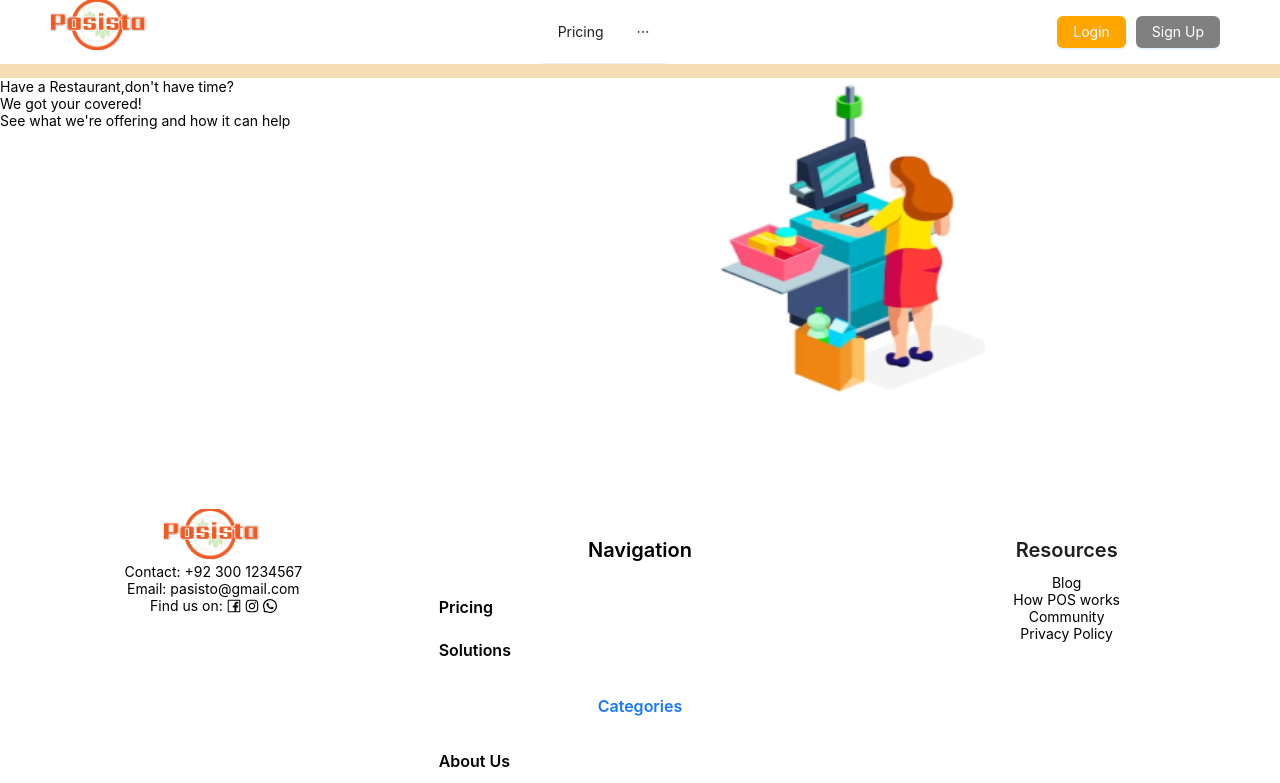
Repository: usmanarshad90/Posista
Page: / (app in test/)
The author's editor kept a copy of each file at every save. The page is drawn from the files as they stood at one save, then again after the next save.
The browser window is 1280 px wide. The pictures show the whole page.
The project was rebuilt for these pictures with package versions that can differ from the ones it lists, and the page was loaded fresh each time. Also part of the build but not shown: test/src/components/Pricing/Pricing.jsx, test/src/components/Solution/Solutions.jsx, test/src/components/About/AboutUs.jsx, test/src/components/login/login.jsx, test/src/components/signup/signup.jsx.

Above is the page before, as saved 2023-11-28 14:49:45.

After the next save:
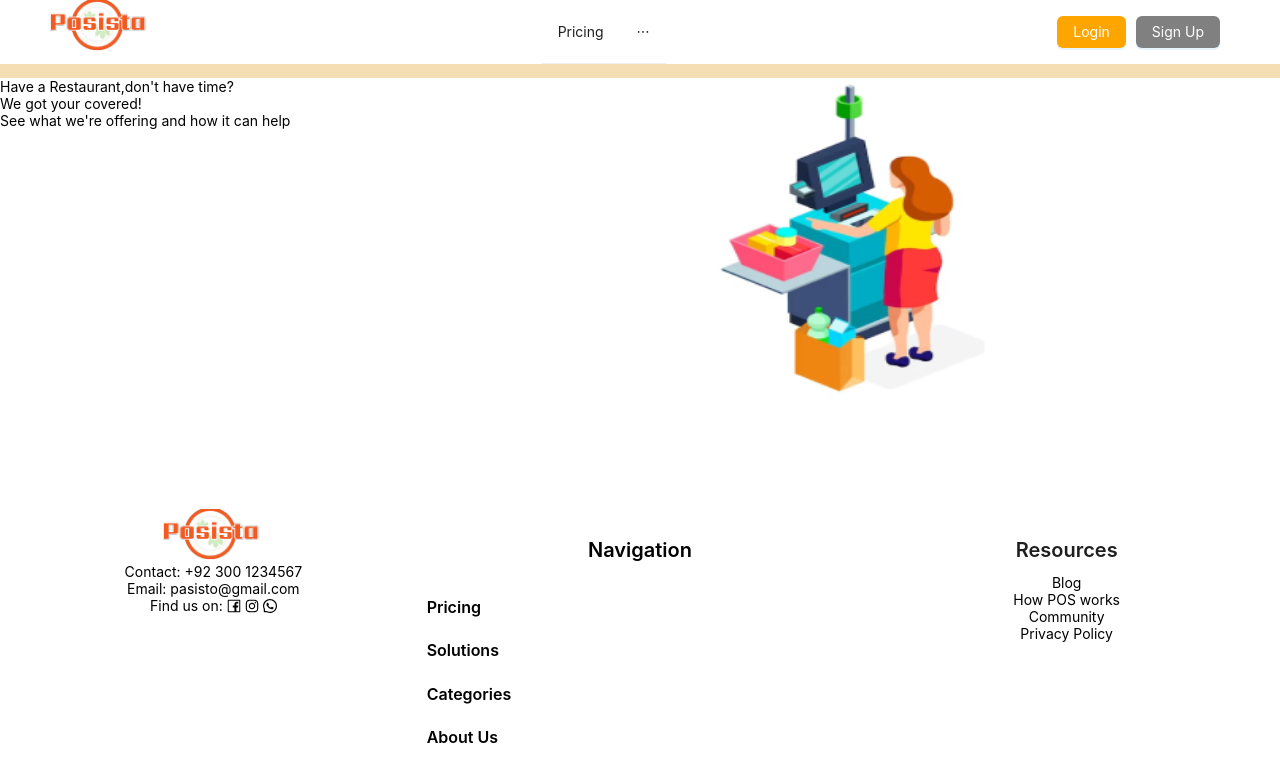
Saved 54 s later.
--- a/test/src/components/Footer/Footer.jsx
+++ b/test/src/components/Footer/Footer.jsx
@@ -29,22 +29,22 @@ const Footer = () => {
       <Col lg={{ span: 8, order: 1 }} md={6} xs={4} xl={8} xxl={8} >
         <Typography.Title level={4} style={style}>Navigation </Typography.Title>
         <Typography.Title level={5}>
-          <Link to={'/pricing'} style={style} >
+          <Link to={'/pricing'} style={{ color: 'black' }} >
             Pricing
           </Link>{' '}
         </Typography.Title>
         <Typography.Title level={5}>
-          <Link to={'/solution'} style={style}>
+          <Link to={'/solution'} style={{ color: 'black' }}>
             Solutions
           </Link>
         </Typography.Title>
-        <Typography.Title level={5} style={style}>
-          <Link to={'/about'} >
+        <Typography.Title level={5}>
+          <Link to={'/about'} style={{ color: 'black' }}>
             Categories
           </Link>
         </Typography.Title>
         <Typography.Title level={5}>
-          <Link to={'/about'} style={style}>
+          <Link to={'/about'} style={{ color: 'black' }}>
             About Us
           </Link>
         </Typography.Title>
